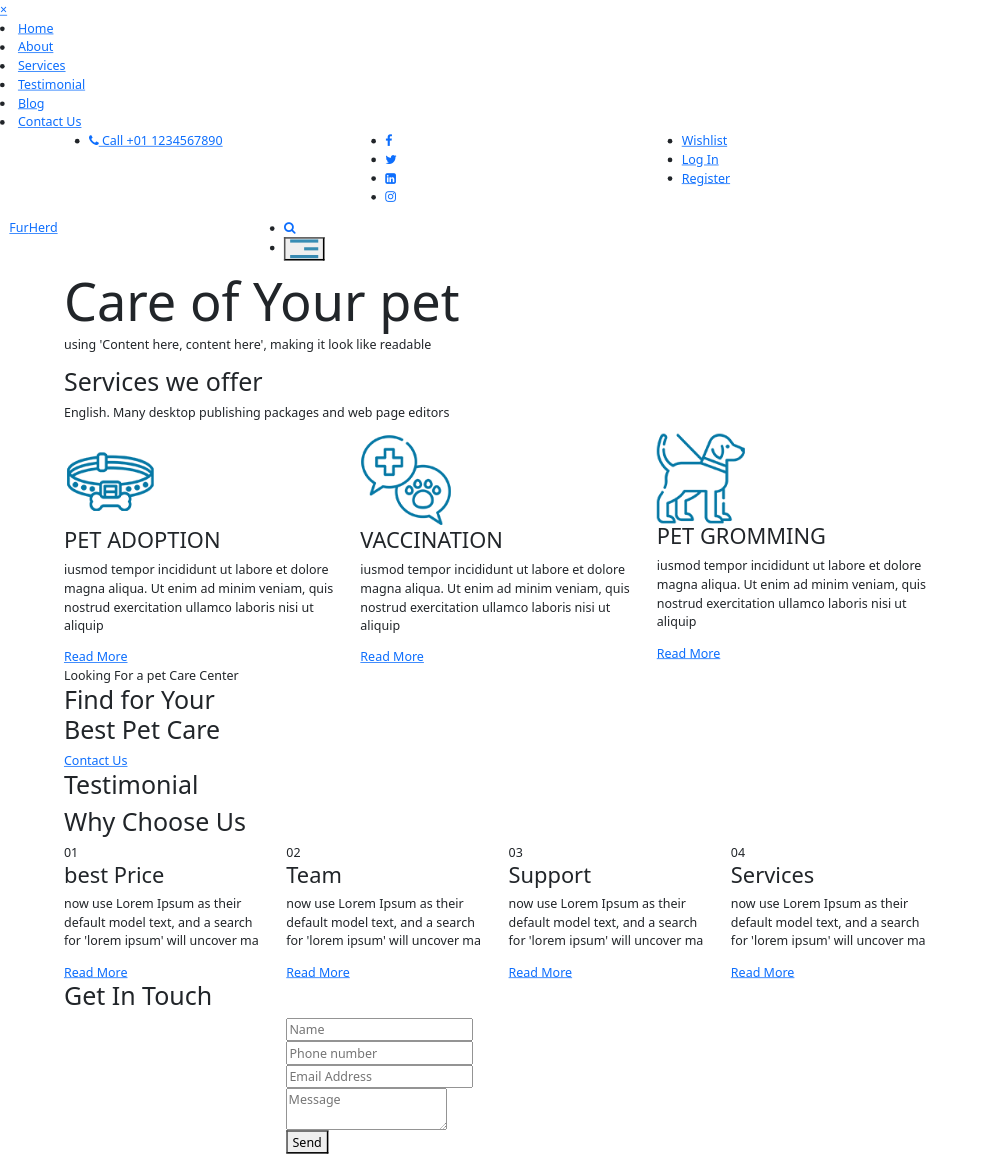
Repository: Chitti-g-k/Paw-Takers
Page: templates/index.html
The author's editor kept a copy of each file at every save. The page is drawn from the files as they stood at one save, then again after the next save.
The browser window is 1280 px wide. The pictures show the whole page, at 78% of full size.
The template is drawn by Django 4.2. The application's start-up code is not run. Other server files are loaded and not shown. The template is opened directly, without the code that normally fills it, so the values that code supplies are empty.

Above is the page before, as saved 2023-07-16 13:04:58.

### templates/index.html

<html lang="en">
   <head>
      <!-- basic -->
      <meta charset="utf-8">
      <meta http-equiv="X-UA-Compatible" content="IE=edge">
      <!-- mobile metas -->
      <meta name="viewport" content="width=device-width, initial-scale=1">
      <meta name="viewport" content="initial-scale=1, maximum-scale=1">
      <!-- site metas -->
      <title>FurHerd</title>
      <meta name="keywords" content="">
      <meta name="description" content="">
      <meta name="author" content="">
      <!-- bootstrap css -->
      {%load static%}
      <link rel="stylesheet" href="{% static 'css/bootstrap.min.css' %}">
<!-- style css -->
<link rel="stylesheet" href="{% static 'css/style1.css' %}">
<!-- responsive-->
<link rel="stylesheet" href="{% static 'css/responsive.css' %}">
<!-- awesome fontfamily -->
<link rel="stylesheet" href="https://cdnjs.cloudflare.com/ajax/libs/font-awesome/4.7.0/css/font-awesome.min.css">
<link rel="stylesheet" href="https://cdnjs.cloudflare.com/ajax/libs/font-awesome/4.7.0/css/font-awesome.min.css">
<link href="https://cdn.jsdelivr.net/npm/bootstrap@5.0.2/dist/css/bootstrap.min.css" rel="stylesheet" integrity="sha384-EVSTQN3/azprG1Anm3QDgpJLIm9Nao0Yz1ztcQTwFspd3yD65VohhpuuCOmLASjC" crossorigin="anonymous">
<script src="https://cdn.jsdelivr.net/npm/bootstrap@5.0.2/dist/js/bootstrap.bundle.min.js" integrity="sha384-MrcW6ZMFYlzcLA8Nl+NtUVF0sA7MsXsP1UyJoMp4YLEuNSfAP+JcXn/tWtIaxVXM" crossorigin="anonymous"></script>
<script src="https://cdn.jsdelivr.net/npm/@popperjs/core@2.9.2/dist/umd/popper.min.js" integrity="sha384-IQsoLXl5PILFhosVNubq5LC7Qb9DXgDA9i+tQ8Zj3iwWAwPtgFTxbJ8NT4GN1R8p" crossorigin="anonymous"></script>
<script src="https://cdn.jsdelivr.net/npm/bootstrap@5.0.2/dist/js/bootstrap.min.js" integrity="sha384-cVKIPhGWiC2Al4u+LWgxfKTRIcfu0JTxR+EQDz/bgldoEyl4H0zUF0QKbrJ0EcQF" crossorigin="anonymous"></script>

      <!--[if lt IE 9]>
      <script src="https://oss.maxcdn.com/html5shiv/3.7.3/html5shiv.min.js"></script>
      <script src="https://oss.maxcdn.com/respond/1.4.2/respond.min.js"></script><![endif]-->
   </head>
   <!-- body -->
   <body class="main-layout">
    <!-- loader -->
    <div class="loader_bg">
        <div class="loader"><img src="{% static 'images/loading.gif' %}" alt="" /></div>
    </div>
    <!-- end loader -->
    <div id="mySidepanel" class="sidepanel">
        <a href="javascript:void(0)" class="closebtn" onclick="closeNav()">×</a>
        <li><a class="active" href="">Home</a></li>
        <li><a href="">About</a></li>
        <li><a href="">Services</a></li>
        <li><a href="">Testimonial</a></li>
        <li><a href="">Blog</a></li>
        <li><a href="">Contact Us</a></li>
    </div>
    <!-- header -->
    <header>
        <!-- header inner -->
        <div class="head_top">
            <div class="container">
                <div class="row">
                    <div class="col-md-4 d_none">
                        <ul class="con_icon">
                            <li><a href="javascript:void(0)"><i class="fa fa-phone" aria-hidden="true"></i> Call +01 1234567890</a></li>
                        </ul>
                    </div>
                    <div class="col-md-4">
                        <ul class="social_top text_align_center">
                            <li> <a href=""><i class="fa fa-facebook-f"></i></a></li>
                            <li> <a href=""><i class="fa fa-twitter"></i></a></li>
                            <li> <a href=""><i class="fa fa-linkedin-square" aria-hidden="true"></i></a></li>
                            <li> <a href=""><i class="fa fa-instagram" aria-hidden="true"></i></a></li>
                        </ul>
                    </div>
                    <div class="col-md-4 d_none">
                        <ul class="login_deteil text_align_right">
                            <li><a href="">Wishlist</a></li>
                            <li><a href="">Log In</a></li>
                            <li><a href="">Register</a></li>
                        </ul>
                    </div>
                </div>
            </div>
        </div>
        <div class="head-bottom">
            <div class="container-fluid">
                <div class="row">
                    <div class="col-sm-3">
                        <div class="logo">
                            <a href="">Fur<span>Herd</span></a>
                        </div>
                    </div>
                    <div class="col-sm-9">
                        <ul class="email text_align_right">
                            <li><a href="javascript:void(0)"><i class="fa fa-search" aria-hidden="true"></i></a></li>
                            <li> <button class="openbtn" onclick="openNav()"><img src="{% static 'images/menu_btn.png' %}"></button></li>
                        </ul>
                    </div>
                </div>
            </div>
        </div>
    </header>
    <!-- end header -->
    <!-- start slider section -->
    <div class="section">
        <div class="container">
            <div class="row">
                <div class="col-md-12">
                    <div class=" banner_main">
                        <div class="bluid">
                            <h1>Care of Your pet </h1>
                            <p>using 'Content here, content here', making it look like readable</p>
                        </div>
                    </div>
                </div>
            </div>
        </div>
    </div>
    <!-- end slider section -->
    <!-- services -->
    <div class="services">
        <div class="container">
            <div class="row">
                <div class="col-md-12">
                    <div class="titlepage text_align_center">
                        <h2>Services we offer</h2>
                        <p>English. Many desktop publishing packages and web page editors</p>
                    </div>
                </div>
            </div>
            <div class="row">
                <div class="col-md-4">
                    <div class="service_text">
                        <i><img src="{% static 'images/service_icon1.png' %}" alt="#"/></i>
                        <h3>PET ADOPTION</h3>
                        <p>iusmod tempor incididunt ut labore et dolore magna aliqua. Ut enim ad minim veniam, quis nostrud exercitation ullamco laboris nisi ut aliquip</p>
                        <a href="">Read More</a>
                    </div>
                </div>
                <div class="col-md-4">
                    <div class="service_text">
                        <i><img src="{% static 'images/service_icon2.png' %}" alt="#"/></i>
                        <h3>VACCINATION</h3>
                        <p>iusmod tempor incididunt ut labore et dolore magna aliqua. Ut enim ad minim veniam, quis nostrud exercitation ullamco laboris nisi ut aliquip</p>
                        <a href="">Read More</a>
                    </div>
                </div>
                <div class="col-md-4">
                    <div class="service_text">
                        <i><img src="{% static 'images/service_icon3.png' %}" alt="#"/></i>
                        <h3>PET GROMMING</h3>
                        <p>iusmod tempor incididunt ut labore et dolore magna aliqua. Ut enim ad minim veniam, quis nostrud exercitation ullamco laboris nisi ut aliquip</p>
                        <a href="">Read More</a>
                    </div>
                </div>
            </div>
        </div>
    </div>
    <!-- end services -->
    <!-- pet -->
    <div class="pet">
        <div class="container">
            <div class="row d_flex">
                <div class="col-md-6">
                    <div class="titlepage text_align_left">
                        <span>Looking For a pet Care Center</span>
                        <h2>Find for Your <br>Best Pet Care </h2>
                        <a class="read_more" href="">Contact Us</a>
                    </div>
                </div>
            </div>
        </div>
    </div>
    <!-- end pet -->


          <!-- testimonial -->
          <div class="testimonial">
            <div class="container">
                <div class="row">
                    <div class="col-sm-12">
                        <div class="titlepage text_align_center">
                            <h2>Testimonial</h2>
                        </div>
                    </div>
                </div>
                <!-- start slider section -->
                <div class="row">
                    <div class="col-md-12">
                        <div id="testi" class="carousel slide testimonial_banner" data-ride="carousel">
                            <ol class="carousel-indicators">
                                <li data-target="#testi" data-slide-to="0" class="active"></li>
                                <li data-target="#testi" data-slide-to="1"></li>
                                <li data-target="#testi" data-slide-to="2"></li>
                                <li data-target="#testi" data-slide-to="3"></li>
                            </ol>
                            <div class="carousel-inner">
                                <div class="carousel-item active">
                                    <div class="container-fluid">
                                        <div class="carousel-caption testi">
                                            <div class="test_box text_align_center">
                                                <i class="left_di"><img src="{% static 'images/tese1.png' %}" alt="#"/></i>
                                                <p>alteration in some form, by injected humour, or randomised words which don't look even slightly believable. If you are going to use a passage of Lorem Ipsum, you need to be sure there isn't anything alteration in some form, by injected humour, or randomised words which don't look even slightly believable. If you are going to use a passage of Lorem Ipsum, you need to be sure there isn't anything </p>
                                                <i class="right_di"><img src="{% static 'images/tese2.png' %}" alt="#"/></i>
                                            </div>
                                            <div class="por_file">
                                                <i><img src="{% static 'images/test2.png' %}" alt="#"/></i>
                                                <h4>believable <br><span> use a passage</span></h4>
                                            </div>
                                        </div>
                                    </div>
                                </div>
                                <div class="carousel-item">
                                    <div class="container-fluid">
                                        <div class="carousel-caption testi">
                                            <div class="test_box text_align_center">
                                                <i class="left_di"><img src="{% static 'images/tese1.png' %}" alt="#"/></i>
                                                <p>alteration in some form, by injected humour, or randomised words which don't look even slightly believable. If you are going to use a passage of Lorem Ipsum, you need to be sure there isn't anything alteration in some form, by injected humour, or randomised words which don't look even slightly believable. If you are going to use a passage of Lorem Ipsum, you need to be sure there isn't anything </p>
                                                <i class="right_di"><img src="{% static 'images/tese2.png' %}" alt="#"/></i>
                                            </div>
                                            <div class="por_file">
                                                <i><img src="{% static 'images/test2.png' %}" alt="#"/></i>
                                                <h4>believable <br><span> use a passage</span></h4>
                                            </div>
                                        </div>
                                    </div>
                                </div>
                                <div class="carousel-item">
                                    <div class="container-fluid">
                                        <div class="carousel-caption testi">
                                            <div class="test_box text_align_center">
                                                <i class="left_di"><img src="{% static 'images/tese1.png' %}" alt="#"/></i>
                                                <p>alteration in some form, by injected humour, or randomised words which don't look even slightly believable. If you are going to use a passage of Lorem Ipsum, you need to be sure there isn't anything alteration in some form, by injected humour, or randomised words which don't look even slightly believable. If you are going to use a passage of Lorem Ipsum, you need to be sure there isn't anything </p>
                                                <i class="right_di"><img src="{% static 'images/tese2.png' %}" alt="#"/></i>
                                            </div>
                                            <div class="por_file">
                                                <i><img src="{% static 'images/test2.png' %}" alt="#"/></i>
                                                <h4>believable <br><span> use a passage</span></h4>
                                            </div>
                                        </div>
                                    </div>
                                </div>
                                <div class="carousel-item">
                                    <div class="container-fluid">
                                        <div class="carousel-caption testi">
                                            <div class="test_box text_align_center">
                                                <i class="left_di"><img src="{% static 'images/tese1.png' %}" alt="#"/></i>
                                                <p>alteration in some form, by injected humour, or randomised words which don't look even slightly believable. If you are going to use a passage of Lorem Ipsum, you need to be sure there isn't anything alteration in some form, by injected humour, or randomised words which don't look even slightly believable. If you are going to use a passage of Lorem Ipsum, you need to be sure there isn't anything </p>
                                                <i class="right_di"><img src="{% static 'images/tese2.png' %}" alt="#"/></i>
                                            </div>
                                            <div class="por_file">
                                                <i><img src="{% static 'images/test2.png' %}" alt="#"/></i>
                                                <h4>believable <br><span> use a passage</span></h4>
                                            </div>
                                        </div>
                                    </div>
                                </div>
                            </div>
                            <a class="carousel-control-prev" href="#testi" role="button" data-slide="prev">
                                <i class="fa fa-angle-left" aria-hidden="true"></i>
                                <span class="sr-only">Previous</span>
                            </a>
                            <a class="carousel-control-next" href="#testi" role="button" data-slide="next">
                                <i class="fa fa-angle-right" aria-hidden="true"></i>
                                <span class="sr-only">Next</span>
                            </a>
                        </div>
                    </div>
                </div>
            </div>
        </div>

        <!-- choose -->
        <div class="choose">
            <div class="container">
                <div class="row">
                    <div class="col-md-12">
                        <div class="titlepage text_align_center">
                            <h2>Why Choose Us</h2>
                        </div>
                    </div>
                </div>
                <div class="row">
                    <div class="col-lg-3 col-md-6">
                        <div id="ho_id" class="teab_box">
                            <span>01</span>
                            <h3>best Price</h3>
                            <p>now use Lorem Ipsum as their default model text, and a search for 'lorem ipsum' will uncover ma</p>
                            <a href="choose.html">Read More</a>
                        </div>
                    </div>
                    <div class="col-lg-3 col-md-6">
                        <div id="ho_id" class="teab_box">
                            <span>02</span>
                            <h3>Team</h3>
                            <p>now use Lorem Ipsum as their default model text, and a search for 'lorem ipsum' will uncover ma</p>
                            <a href="choose.html">Read More</a>
                        </div>
                    </div>
                    <div class="col-lg-3 col-md-6">
                        <div id="ho_id" class="teab_box">
                            <span>03</span>
                            <h3>Support</h3>
                            <p>now use Lorem Ipsum as their default model text, and a search for 'lorem ipsum' will uncover ma</p>
                            <a href="choose.html">Read More</a>
                        </div>
                    </div>
                    <div class="col-lg-3 col-md-6">
                        <div id="ho_id" class="teab_box">
                            <span>04</span>
                            <h3>Services</h3>
                            <p>now use Lorem Ipsum as their default model text, and a search for 'lorem ipsum' will uncover ma</p>
                            <a href="#">Read More</a>
                        </div>
                    </div>
                </div>
            </div>
        </div>


      <!-- end choose -->
      <!-- contact -->
      <div class="contact">
        <div class="container">
            <div class="row">
                <div class="col-md-12">
                    <div class="titlepage text_align_center">
                        <h2>Get In Touch</h2>
                    </div>
                </div>
                <div class="col-lg-6 offset-lg-3 col-md-8 offset-md-2">
                    <form id="request" class="main_form">
                        <div class="row">
                            <div class="col-md-12">
                                <input class="contactus" placeholder="Name" type="text" name="Name">
                            </div>
                            <div class="col-md-12">
                                <input class="contactus" placeholder="Phone number" type="text" name="Phone Number">
                            </div>
                            <div class="col-md-12">
                                <input class="contactus" placeholder="Email Address" type="text" name="Email">
                            </div>
                            <div class="col-md-12">
                                <textarea class="textarea" placeholder="Message" type="text" name="Message"></textarea>
                            </div>
                            <div class="col-md-12">
                                <button class="send_btn">Send</button>
                            </div>
                        </div>
                    </form>
                </div>

            </div>
        </div>
    </div>

      <!-- contact -->
      <!-- footer -->

      <!-- end footer -->
      <!-- Javascript files-->
      <script src="https://cdn.jsdelivr.net/npm/bootstrap@5.0.2/dist/js/bootstrap.bundle.min.js" integrity="sha384-MrcW6ZMFYlzcLA8Nl+NtUVF0sA7MsXsP1UyJoMp4YLEuNSfAP+JcXn/tWtIaxVXM" crossorigin="anonymous"></script>
<script src="https://cdn.jsdelivr.net/npm/@popperjs/core@2.9.2/dist/umd/popper.min.js" integrity="sha384-IQsoLXl5PILFhosVNubq5LC7Qb9DXgDA9i+tQ8Zj3iwWAwPtgFTxbJ8NT4GN1R8p" crossorigin="anonymous"></script>
<script src="https://cdn.jsdelivr.net/npm/bootstrap@5.0.2/dist/js/bootstrap.min.js" integrity="sha384-cVKIPhGWiC2Al4u+LWgxfKTRIcfu0JTxR+EQDz/bgldoEyl4H0zUF0QKbrJ0EcQF" crossorigin="anonymous"></script>
      <script src="https://code.jquery.com/jquery-3.6.0.min.js"></script>
      <script src="{% static 'js/jquery.min.js' %}"></script>
      <script src="{% static 'js/bootstrap.bundle.min.js' %}"></script>
      <script src="{% static 'js/jquery-3.0.0.min.js' %}"></script>
      <script src="{% static 'js/custom.js' %}"></script>
   </body>
</html>

### static/css/style1.css
.page {
    font-family: sans-serif;
    padding: 24px;
  }

  hr {
    margin-block: 32px;
  }

  .layout {
    display: flex;
    gap: 24px;
    flex-flow: row wrap;
  }

  .layout > div {
    flex: 1;
    display: flex;
    align-items: center;
    justify-content: center;
    border-radius: 12px;
    min-inline-size: 300px;
    min-block-size: 100px;
    box-shadow: 0 0 8px grey;
  }

  .layout > div:hover {
    box-shadow: 0 0 16px grey;
    transition-duration: 0.2s;
  }

  /* Styles above here aren't super relevant to containers */

  .card {
    container: card / inline-size;
  }

  .card div {
    display: block;
    inline-size: 100%;
    border-radius: inherit;
    text-align: center;
  }

  @container card (min-width: 400px) {
    /* Note that containers cannot style themselves, so an additional wrapper element is needed. */
    div {
      background-color: salmon;
    }

    h2 {
      font-size: 3rem;
    }
  }

Loaded but not shown: static/css/bootstrap.min.css (library); static/js/jquery.min.js (library); static/js/bootstrap.bundle.min.js (library); static/js/jquery-3.0.0.min.js (library); static/js/custom.js (108 lines, source omitted); static/css/responsive.css (82 lines, source omitted)

After the next save:
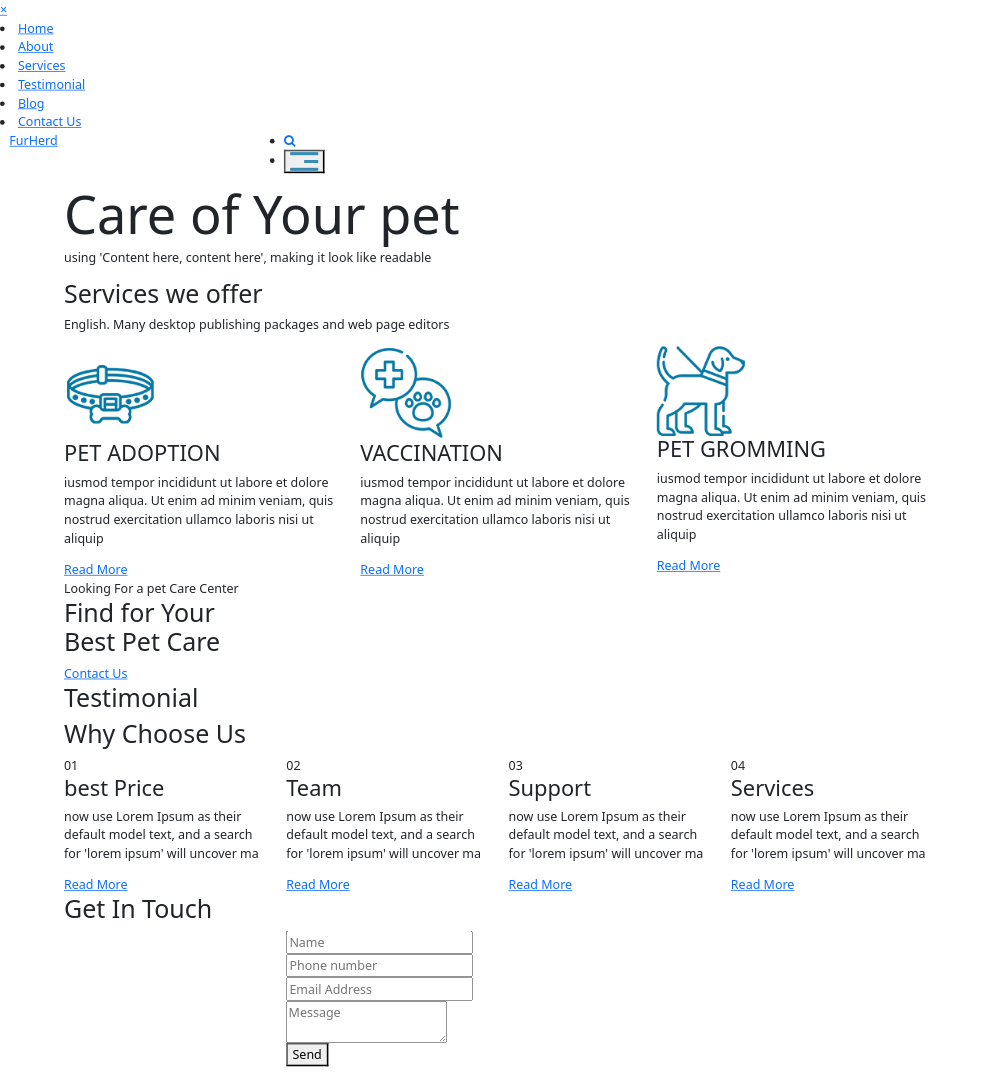
Saved 39 s later.
--- a/templates/index.html
+++ b/templates/index.html
@@ -50,32 +50,7 @@
     <!-- header -->
     <header>
         <!-- header inner -->
-        <div class="head_top">
-            <div class="container">
-                <div class="row">
-                    <div class="col-md-4 d_none">
-                        <ul class="con_icon">
-                            <li><a href="javascript:void(0)"><i class="fa fa-phone" aria-hidden="true"></i> Call +01 1234567890</a></li>
-                        </ul>
-                    </div>
-                    <div class="col-md-4">
-                        <ul class="social_top text_align_center">
-                            <li> <a href=""><i class="fa fa-facebook-f"></i></a></li>
-                            <li> <a href=""><i class="fa fa-twitter"></i></a></li>
-                            <li> <a href=""><i class="fa fa-linkedin-square" aria-hidden="true"></i></a></li>
-                            <li> <a href=""><i class="fa fa-instagram" aria-hidden="true"></i></a></li>
-                        </ul>
-                    </div>
-                    <div class="col-md-4 d_none">
-                        <ul class="login_deteil text_align_right">
-                            <li><a href="">Wishlist</a></li>
-                            <li><a href="">Log In</a></li>
-                            <li><a href="">Register</a></li>
-                        </ul>
-                    </div>
-                </div>
-            </div>
-        </div>
+
         <div class="head-bottom">
             <div class="container-fluid">
                 <div class="row">
